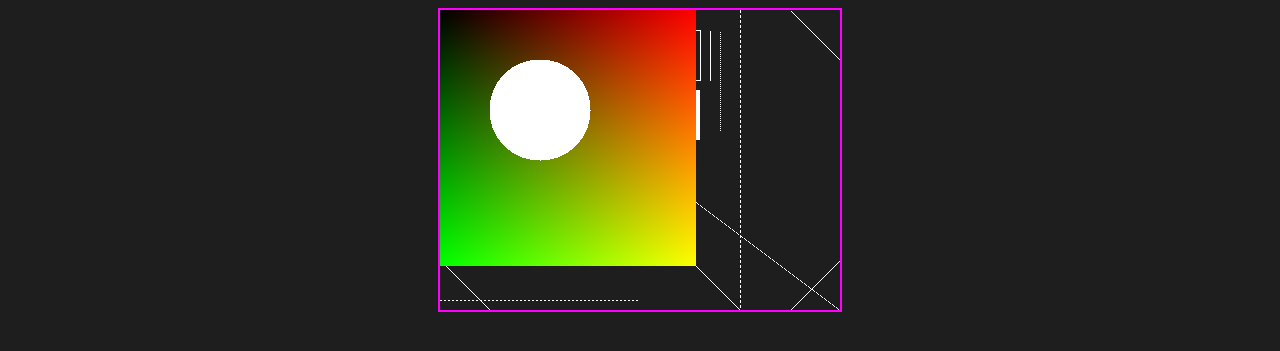
Repository: StarLightGX/miao
Page: paint.html
These files come from the project's save history. The page is drawn as it stood at one moment and after the next save; the edit follows.
The browser window is 1280 px wide. The pictures show the whole page.

Above is the page before, as saved 2020-11-13 16:52:25.

After the next save:
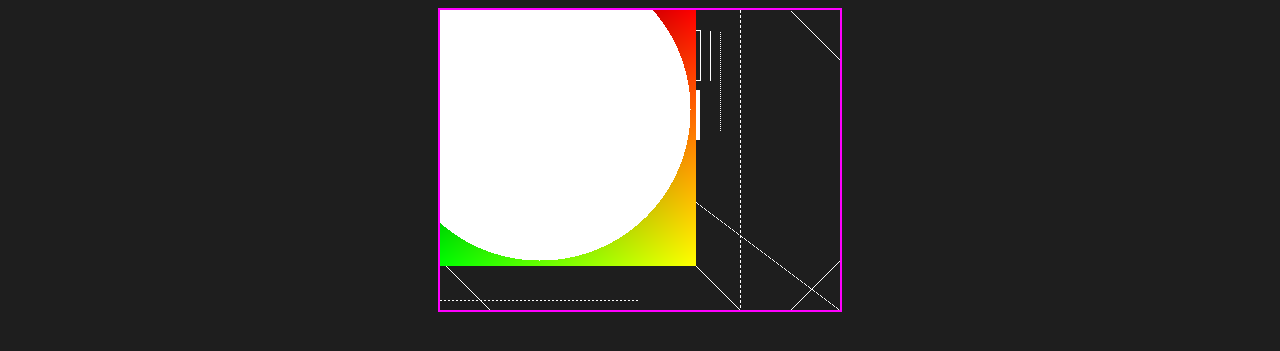
Saved 26 min 19 s later.
--- a/paint.html
+++ b/paint.html
@@ -201,7 +201,7 @@
       }
     }
     // 画一个空心的圆
-    for (var r = 50; r >= 0; r--) {
+    for (var r = 150; r >= 0; r--) {
       for (x = -r; x < r; x = x + 0.1) {
         y = Math.sqrt(r * r - x * x);
         dot(x + 100, y + 100);
